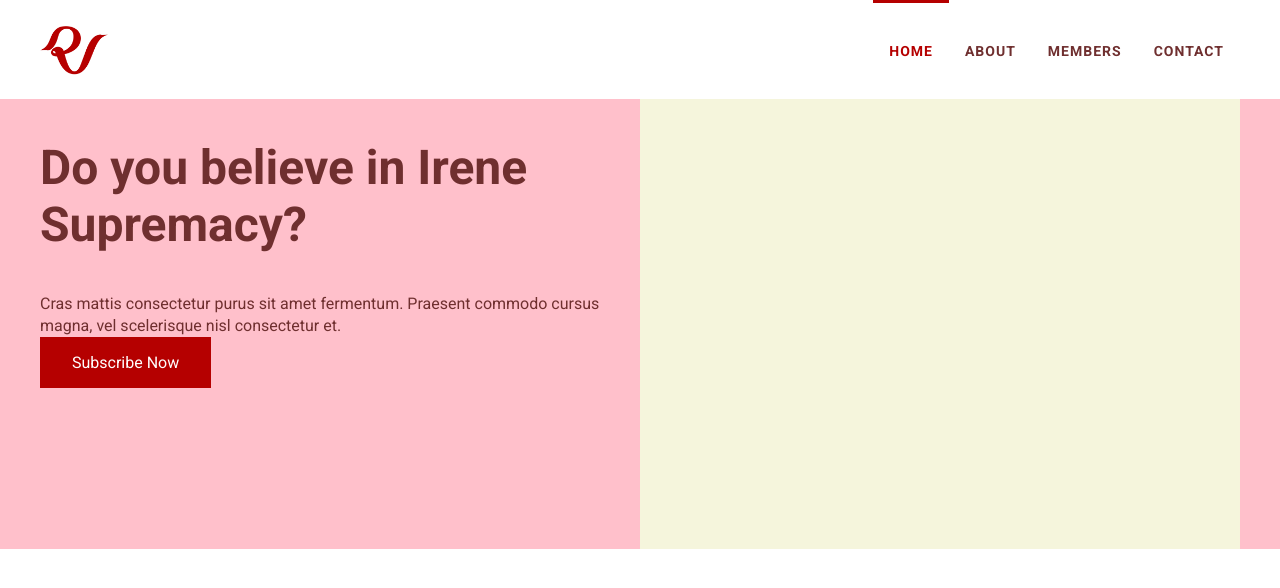
Repository: stillnotdavid/eternity-university
Page: app/index.html
An editor plug-in stored every save of this project. The page is shown before and after the next save, followed by the edit.
The browser window is 1280 px wide. The pictures show the whole page.
The style sheet was rebuilt from its Sass, Less or Tailwind sources for each picture, by a compiler version that may differ from the author's.

Above is the page before, as saved 2021-12-03 23:23:36.

### app/index.html
<!doctype html>
<html class="no-js" lang="">

<head>
  <meta charset="utf-8">
  <meta name="description" content="">

  <meta name="viewport" content="width=device-width, initial-scale=1, shrink-to-fit=no">
  <title>Red Velvet Fansite</title>
  <link rel="apple-touch-icon" href="apple-touch-icon.png">
  <!-- Place favicon.ico in the root directory -->
  <!-- build:css styles/vendor.css -->
  <!-- endbuild -->
  <!-- build:css styles/main.css -->
  <link rel="stylesheet" href="styles/main.css">
  <!-- endbuild -->
  <!-- build:js scripts/modernizr.js -->
  <script src="scripts/modernizr.js"></script>
  <!-- endbuild -->
</head>

<body>
  <!--[if IE]>
      <p class="browserupgrade">You are using an <strong>outdated</strong> browser. Please <a href="http://browsehappy.com/">upgrade your browser</a> to improve your experience.</p>
    <![endif]-->
  <header class="header">
    <div class="container header__container">
      <a class="header__logo" href="#"><img class="header__logo-image" src="images/logo.png"
          alt="Red Velvet Logo" /></a>
      <nav class="header__nav">
        <ul class="header__nav-links">
          <li class="header__nav-item">
            <a class="header__nav-link header__nav-link--active" href="">Home</a>
          </li>
          <li class="header__nav-item">
            <a class="header__nav-link" href="">About</a>
          </li>
          <li class="header__nav-item">
            <a class="header__nav-link" href="">Members</a>
          </li>
          <li class="header__nav-item">
            <a class="header__nav-link" href="">Contact</a>
          </li>
        </ul>
      </nav>
    </div>
  </header>
  <section class="hero">
    <div class="container hero__container">
      <div class="hero__cta">
        <h1>Do you believe in Irene Supremacy?</h1>
        <p>Cras mattis consectetur purus sit amet fermentum. Praesent commodo cursus magna, vel scelerisque nisl
          consectetur et.</p>
        <a class="hero__cta-button" href="">Subscribe Now</a>
      </div>
      <div class="hero__image">
      </div>
    </div>
  </section>

  <!-- build:js scripts/vendor.js -->
  <!-- endbuild -->
  <!-- build:js scripts/main.js -->
  <script src="scripts/main.js"></script>
  <!-- endbuild -->
</body>

</html>

### app/styles/main.scss
@import 'partials/colors';
@import 'partials/spacing';
@import 'partials/typography';

@import 'components/header';
@import 'components/hero';

html,
body {
  padding: 0;
  margin: 0;
}

.container {
  display: flex;
  width: 1200px;
  max-width: 1200px;
  margin: 0 auto;
}

### app/styles/partials/_colors.scss
$color-primary: #B50000;
$color-secondary: #6F2F2F;

### app/styles/partials/_spacing.scss
$spacing-xsmall: 2px;
$spacing-small: 4px;
$spacing-medium: 8px;
$spacing-large: 16px;
$spacing-xlarge: 32px;

### app/styles/partials/_typography.scss
@import url('https://fonts.googleapis.com/css2?family=Roboto:wght@400;500;700&display=swap');


body,
html {
  font-family: 'Roboto', sans-serif;
}


$font-small: 14px;
$font-medium: 16px;
$font-large: 18px;
$font-xxxlarge: 48px;

$font-regular: 400;
$font-medium: 500;
$font-bold: 700;


h1 {
  font-size: $font-xxxlarge;
  font-weight: $font-bold;
  color: $color-secondary;
}

p {
  font-size: $font-medium;
  color: $color-secondary;
  line-height: 22px;
}

### app/styles/components/_header.scss
$_logo-height: 50px;


.header {

  &__container {
    justify-content: space-between;
  }

  &__logo {
    display: flex;
    align-items: center;

    &-image {
      height: $_logo-height;
    }
  }

  &__nav {

    &-links {
      display: flex;
      list-style-type: none;
      padding: 0;
      margin: 0;
    }

    &-item {
      display: flex;
    }

    &-link {
      padding: 40px $spacing-large;
      text-decoration: none;
      color: $color-secondary;
      text-transform: uppercase;
      font-size: $font-small;
      font-weight: $font-bold;
      letter-spacing: 1px;
      border-top: 3px solid transparent;

      &:hover,
      &--active {
        color: $color-primary;
        border-top: 3px solid $color-primary;
      }
    }
  }
}

### app/styles/components/_hero.scss
$_hero-height: 450px;

.hero {
  height: $_hero-height;
  background: pink;
  display: flex;

  &__container {}

  &__cta {
    flex: 1 0 50%;

    &-button {
      background-color: $color-primary;
      padding: $spacing-large $spacing-xlarge;
      text-decoration: none;
      color: white;
    }

  }

  &__image {
    flex: 1 0 50%;

    background: beige;
  }
}

Loaded but not shown: app/scripts/main.js (common file)

After the next save:
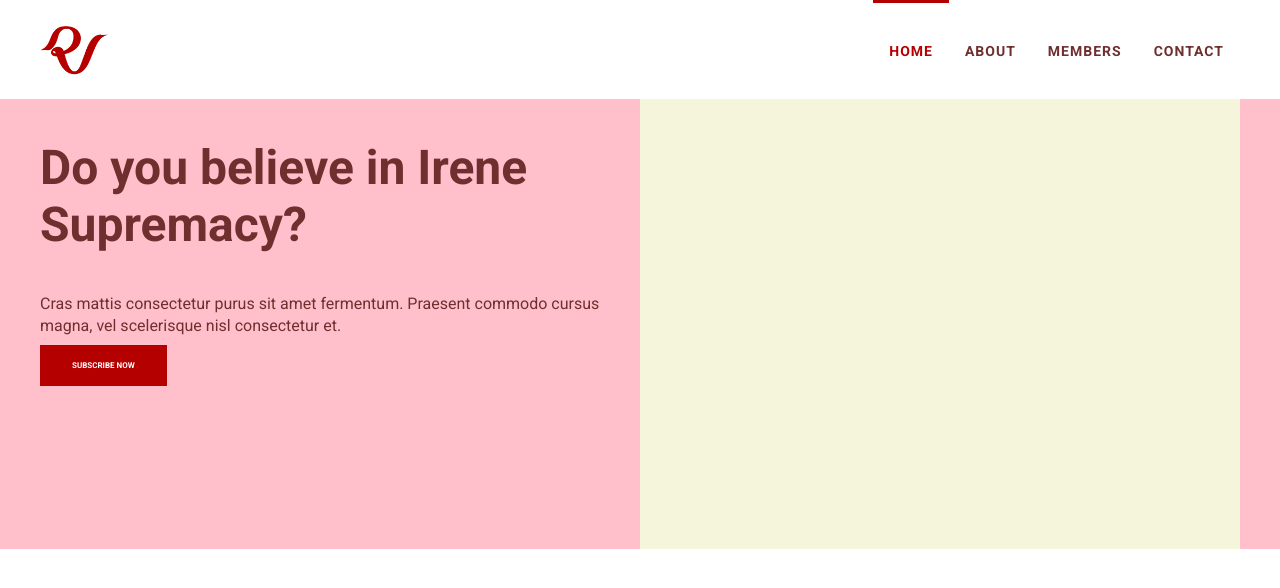
Saved 24 s later.
--- a/app/styles/components/_hero.scss
+++ b/app/styles/components/_hero.scss
@@ -15,6 +15,9 @@
       padding: $spacing-large $spacing-xlarge;
       text-decoration: none;
       color: white;
+      font-size: $spacing-medium;
+      font-weight: $font-bold;
+      text-transform: uppercase;
     }
 
   }
